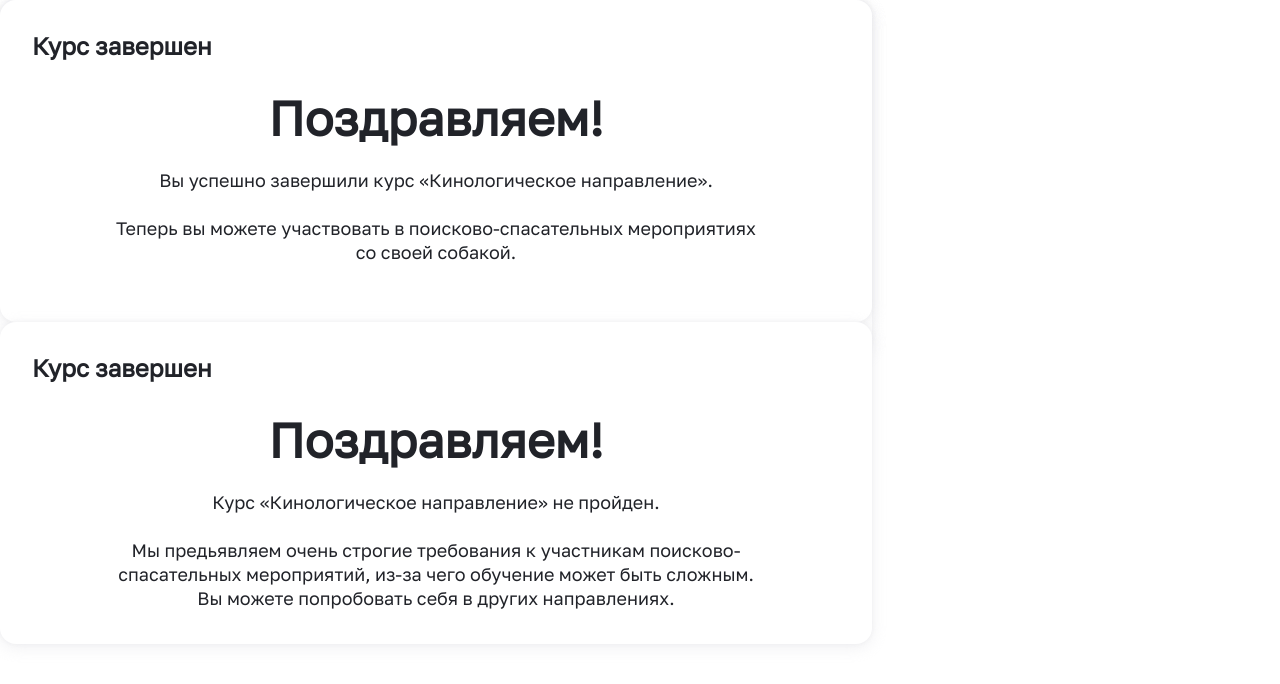
Repository: RuslanSR2424/Group5_LizaAlert
Page: index.html
These files come from the project's save history. The page is drawn as it stood at one moment and after the next save; the edit follows.
The browser window is 1280 px wide. The pictures show the whole page.

Above is the page before, as saved 2022-03-10 14:37:32.

After the next save:
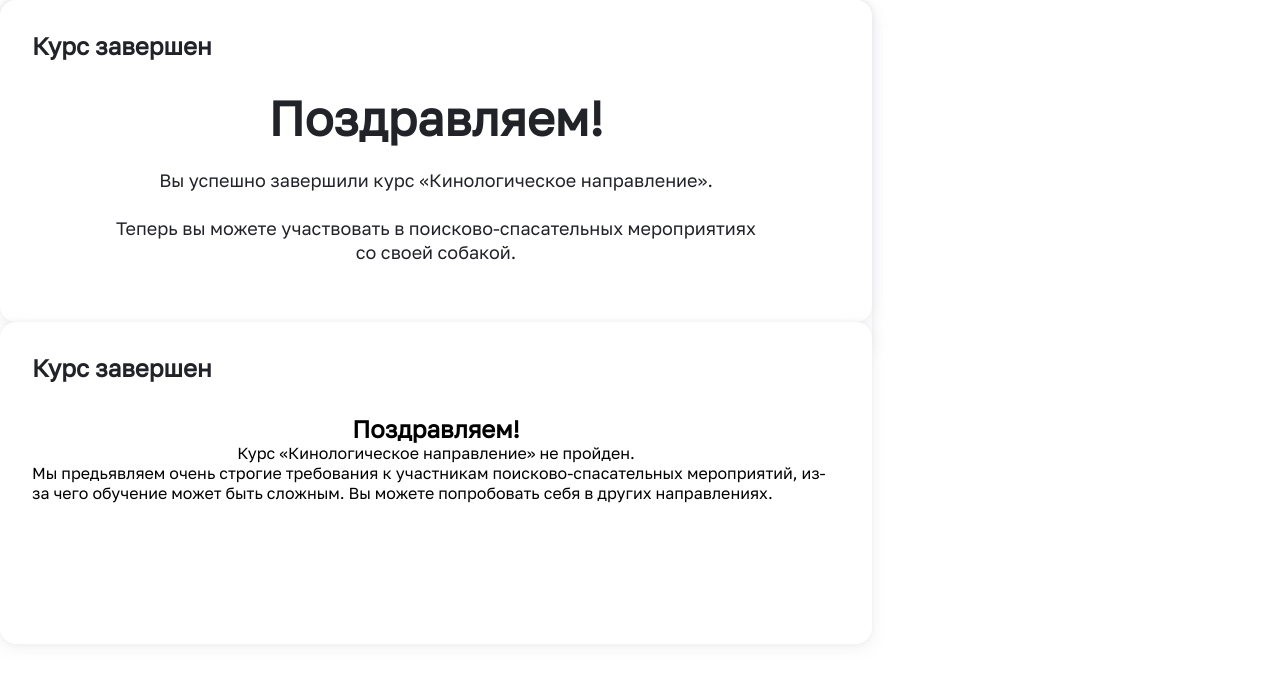
Saved 57 s later.
--- a/index.html
+++ b/index.html
@@ -24,11 +24,11 @@
         </div>
         <div class="endOfCourse">
             <p class="endOfCourse__name">Курс завершен</p>
-            <div class="endOfCourse__container endOfCourse__container_type_congratulate">
-                <h2 class="endOfCourse__title endOfCourse__title_type_congratulate">Поздравляем!</h2>
-                <p class="endOfCourse__text endOfCourse__text_type_congratulate">Курс «Кинологическое направление»
+            <div class="endOfCourse__container endOfCourse__container_type_sorry">
+                <h2 class="endOfCourse__title endOfCourse__title_type_sorry">Поздравляем!</h2>
+                <p class="endOfCourse__text endOfCourse__text_type_sorry">Курс «Кинологическое направление»
                     не пройден.</p>
-                <p class="endOfCourse__text endOfCourse__text_type_congratulate">Мы предьявляем очень строгие требования
+                <p class="endOfCourse__text endOfCourse__text_type_sorry">Мы предьявляем очень строгие требования
                     к участникам поисково-спасательных мероприятий, из-за чего обучение может быть сложным. Вы можете
                     попробовать себя в других направлениях.</p>
             </div>
